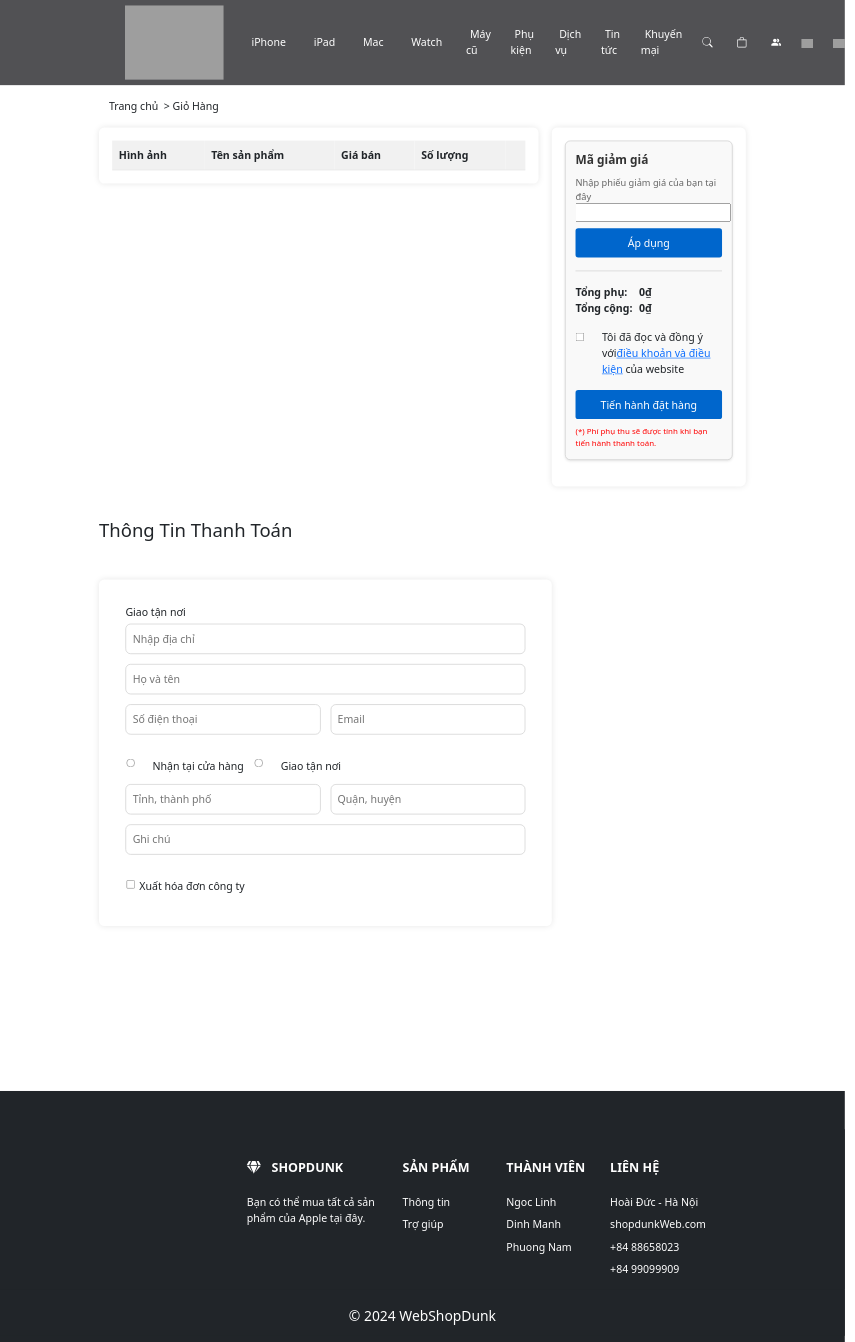
Repository: 20092004nam2k4/FE-ShopDunk
Page: /cart
An editor plug-in stored every save of this project. The page is shown before and after a run of saves, followed by the edit.
The browser window is 1280 px wide. The page is 1296 px wide, so the pictures cover 1296 px, including what lies to the right of the window. The pictures show the whole page, at 66% of full size.
Pictures or frames that could not be fetched are drawn as grey boxes. The page's requests for data from a server got no answer. The project was rebuilt for these pictures with package versions that can differ from the ones it lists, and the page was loaded fresh each time. No one was signed in, and anything a server would have sent is missing. Also part of the build but not shown: src/component/common/SlideImage.css, src/component/common/SlideImage.js, src/component/product/ProductList.css, src/component/product/ProductList.js, src/component/product/ProductDetail.css, src/component/product/ProductDetail.js, src/component/user/LoginUser.js, src/component/user/UserProfile.js and 3 more.

Above is the page before, as saved 2024-06-10 14:00:49.

### src/component/cart/CartPage.js
import React, { useState, useEffect } from "react";
import axios from "axios";
import "./CartPage.css";

const CartPage = () => {
  const [cartItems, setCartItems] = useState([]);

  const fetchCartItems = () => {
    axios
      .get("http://localhost:8090/api/products/cart")
      .then((response) => {
        setCartItems(response.data);
      })
      .catch((error) => {
        console.error("Error fetching cart items:", error);
      });
  };

  useEffect(() => {
    fetchCartItems();
  }, []);

  const removeFromCart = (id) => {
    axios
      .delete(`http://localhost:8090/api/products/removeFromCart/${id}`)
      .then(() => {
        fetchCartItems(); // Refresh the cart items after removing
      })
      .catch((error) => {
        console.error("Error removing product from cart:", error);
      });
  };

  const updateQuantity = (id, newQuantity) => {
    axios
      .put(`http://localhost:8090/api/products/updateCart/${id}`, {
        quantity: newQuantity,
      })
      .then(() => {
        fetchCartItems(); // Refresh the cart items after updating
      })
      .catch((error) => {
        console.error("Error updating product quantity:", error);
      });
  };

  const calculateSubtotal = () => {
    return cartItems.reduce((sum, item) => sum + item.product.price * item.quantity, 0);
  };

  const calculateTotal = () => {
    return calculateSubtotal();
  };

  return (<>


    <div className="cart-page">
      <div>
        <p className="tittle-header">Trang chủ &nbsp;&gt; Giỏ Hàng</p>
      </div>
      <div className="tong">
        <div className="left">
          <div className="cart-detail">
            <table className="cart">
              <thead>
                <tr>
                  <th>Hình ảnh</th>
                  <th>Tên sản phẩm</th>
                  <th>Giá bán</th>
                  <th>Số lượng</th>
                  <th></th>
                </tr>
              </thead>
              <tbody>
                {cartItems.map((item) => (
                  <tr key={item.id}>
                    <td>
                      <a href={`/product/${item.product.id}`}>
                        <img
                          alt={`Ảnh của ${item.product.name}`}
                          src={`http://localhost:8090/image/${item.product.image}`}
                          title={`Hiển thị chi tiết cho ${item.product.name}`}
                        />
                      </a>
                    </td>
                    <td className="product">
                      <a href={`/product/${item.product.id}`} className="product-name">
                        {item.product.name}
                      </a>
                      <div className="edit-item"></div>
                    </td>
                    <td className="unit-price">
                      <span className="product-unit-price">
                        {parseInt(item.product.price).toLocaleString()}₫
                      </span>
                    </td>
                    <td className="quantity">
                      <div className="cart-quantity-input-container">
                        <svg
                          id={`cart-quantity-input-subtract${item.id}`}
                          width="11"
                          height="11"
                          viewBox="0 0 11 11"
                          fill="none"
                          xmlns="http://www.w3.org/2000/svg"
                          onClick={() => updateQuantity(item.id, item.quantity - 1)}
                        >
                          <g clipPath="url(#clip0_10158_65576)">
                            <path
                              d="M-0.00390625 5.90234H11.0039C11.1133 5.90234 11.207 5.86328 11.2852 5.78516C11.3633 5.70182 11.4023 5.60547 11.4023 5.49609C11.4023 5.38672 11.3633 5.29297 11.2852 5.21484C11.207 5.13672 11.1133 5.09766 11.0039 5.09766H-0.00390625C-0.0768229 5.09766 -0.144531 5.11589 -0.207031 5.15234C-0.264323 5.1888 -0.311198 5.23828 -0.347656 5.30078C-0.384115 5.35807 -0.402344 5.42318 -0.402344 5.49609C-0.402344 5.57422 -0.384115 5.64453 -0.347656 5.70703C-0.311198 5.76432 -0.264323 5.8112 -0.207031 5.84766C-0.144531 5.88411 -0.0768229 5.90234 -0.00390625 5.90234Z"
                              fill="#0066CC"
                            ></path>
                          </g>
                          <defs>
                            <clipPath id="clip0_10158_65576">
                              <rect width="11" height="11" fill="white"></rect>
                            </clipPath>
                          </defs>
                        </svg>
                        <input
                          className="input-text"
                          id={`quantity${item.id}`}
                          value={item.quantity}
                          size="4"
                          readOnly
                        />
                        <svg
                          id={`cart-quantity-input-add${item.id}`}
                          width="12"
                          height="13"
                          viewBox="0 0 12 13"
                          fill="none"
                          xmlns="http://www.w3.org/2000/svg"
                          onClick={() => updateQuantity(item.id, item.setCartItems.quantity + 1)}
                        >
                          <g clipPath="url(#clip0_10158_65579)">
                            <path
                              d="M-0.304688 6.5C-0.304688 6.61458 -0.265625 6.71094 -0.1875 6.78906C-0.104167 6.86719 -0.0104167 6.90625 0.09375 6.90625H5.19531V12.0078C5.19531 12.1172 5.23438 12.2109 5.3125 12.2891C5.39583 12.3672 5.49219 12.4062 5.60156 12.4062C5.71094 12.4062 5.80729 12.3672 5.89062 12.2891C5.96875 12.2109 6.00781 12.1172 6.00781 12.0078V6.90625H11.1094C11.2239 6.90625 11.3177 6.86719 11.3906 6.78906C11.4739 6.71094 11.5156 6.61458 11.5156 6.5C11.5156 6.39583 11.4739 6.30208 11.3906 6.21875C11.3177 6.13542 11.2239 6.09375 11.1094 6.09375H6.00781V1.00781C6.00781 0.893229 5.96875 0.799479 5.89062 0.726562C5.80729 0.653646 5.71094 0.617188 5.60156 0.617188C5.49219 0.617188 5.39583 0.653646 5.3125 0.726562C5.23438 0.799479 5.19531 0.893229 5.19531 1.00781V6.09375H0.09375C-0.0104167 6.09375 -0.104167 6.13542 -0.1875 6.21875C-0.265625 6.30208 -0.304688 6.39583 -0.304688 6.5Z"
                              fill="#0066CC"
                            ></path>
                          </g>
                          <defs>
                            <clipPath id="clip0_10158_65579">
                              <rect
                                width="11.8125"
                                height="12.8125"
                                fill="white"
                                transform="translate(0.09375 0.09375)"
                              ></rect>
                            </clipPath>
                          </defs>
                        </svg>
                      </div>
                    </td>

                    <td className="remove-from-cart">
                      <button
                        onClick={() => removeFromCart(item.id)}
                        className="remove-button"
                      >
                        <i className="fas fa-trash-alt"></i>
                      </button>
                    </td>
                  </tr>
                ))}
              </tbody>
            </table>
          </div>

        </div>

        <div className="right">
        <div className="deals">
            <div className="coupon-box">
              <div className="title">
                <strong>Mã giảm giá</strong>
              </div>
              <div className="hint">Nhập phiếu giảm giá của bạn tại đây</div>
              <input></input>
              <div className="coupon-code">
                <button
                  type="submit"
                  name="applydiscountcouponcode"
                  id="applydiscountcouponcode"
                  className="button-2 apply-discount-coupon-code-button"
                >
                  Áp dụng
                </button>
              </div>
              <div className="totals">
                <div className="total-info">
                  <table className="cart-total">
                    <tbody>
                      <tr className="order-subtotal">
                        <td className="cart-total-left">
                          <label>Tổng phụ:</label>
                        </td>
                        <td className="cart-total-right">
                          <span className="value-summary">
                            {calculateSubtotal().toLocaleString()}₫
                          </span>
                        </td>
                      </tr>
                      <tr className="order-total">
                        <td className="cart-total-left">
                          <label>Tổng cộng:</label>
                        </td>
                        <td className="cart-total-right">
                          <span className="value-summary">
                            {calculateTotal().toLocaleString()}₫
                          </span>
                        </td>
                      </tr>
                    </tbody>
                  </table>
                </div>
                <div id="terms-of-service-warning-box"></div>
                <div className="terms-of-service">
                  <div className="d-flex">
                    <div>
                      <td className="remove-from-cart">
                        <input
                          type="checkbox"
                          name="removefromcart"
                          id="removefromcart274337"
                          value="274337"
                          aria-label="Tẩy"
                        />
                        <button
                          type="button"
                          name="updatecart"
                          className="remove-btn once-submit-button"
                          onClick={() => {
                            document.getElementById(
                              "removefromcart274337"
                            ).checked = true;
                            document.getElementById("updatecart").click();
                          }}
                        ></button>
                      </td>
                    </div>
                    <br></br>
                    <label htmlFor="termsofservice">
                      <span className="rule-web">Tôi đã đọc và đồng ý với</span>
                      <a
                        href="/chinh-sach-doi-tra"
                        className="read"
                        target="_blank"
                      >
                        điều khoản và điều kiện
                      </a>{" "}
                      <span className="rule-web">của website</span>
                    </label>
                  </div>
                </div>
                <div className="checkout-buttons">
                  <button
                    type="submit"
                    id="checkout"
                    name="checkout"
                    value="checkout"
                    className="button-1 checkout-button"
                  >
                    Tiến hành đặt hàng
                  </button>
                </div>
                <div className="note-ck">
                  (*) Phí phụ thu sẽ được tính khi bạn tiến hành thanh toán.
                </div>
                <div className="addon-buttons"></div>
              </div>
            </div>
          </div>
        </div>
      </div>
        </div>

        <div className="thanhtoan">
        <h3>Thông Tin Thanh Toán</h3>
        </div>
      <div className="tong-bot">
        <div class="left">
          <div class="enter-address bg-white">
          <h6>Giao tận nơi</h6>
            <input placeholder="Nhập địa chỉ"></input>
            <input placeholder="Họ và tên"></input>
            <div class="half-inputs">
              <input placeholder="Số điện thoại"></input>
              <input placeholder="Email"></input>
            </div>
            <div class="edit-address">
              <div class="delivery-method">
                <input type="radio" id="receive-store" name="receive-method" value="store"></input>Nhận tại cửa hàng
                <input type="radio" id="receive-delivery" name="receive-method" value="delivery"></input><p>Giao tận nơi</p>
              </div>
              <div class="half-inputs">
                <input placeholder="Tỉnh, thành phố"></input>
                <input placeholder="Quận, huyện"></input>
              </div>
              <div>
                <input placeholder="Ghi chú"></input>
              </div>
              <div class="edit-address">
                <input type="checkbox" id="company-invoice" name="company-invoice" value="company-invoice"></input>Xuất hóa đơn công ty
              </div>
            </div>
          </div>
        </div>
      </div>



    <footer className="text-center text-lg-start bg-dark text-white footerMain">
        <section className="bg-dark" style={{ height: "243px" }}>
          <div className="container text-center text-md-start mt-5 textFooter">
            <div className="row mt-3">
              <div
                className="col-md-3 col-lg-4 col-xl-3 text-left mb-4"
                style={{ marginLeft: "104px" }}
              >
                <h6
                  className="text-uppercase fw-bold mb-4"
                  style={{ fontSize: "19px" }}
                >
                  <i className="fas fa-gem me-3" />
                  Shopdunk
                </h6>
                <p style={{ fontSize: "16px" }}>
                  Bạn có thể mua tất cả sản phẩm của Apple tại đây.
                </p>
              </div>
              <div className="col-md-2 col-lg-2 col-xl-2 text-left mb-4">
                <h6
                  className="text-uppercase fw-bold mb-4"
                  style={{ fontSize: "19px" }}
                >
                  Sản phẩm
                </h6>
                <p style={{ fontSize: "16px" }}>Thông tin</p>
                <p style={{ fontSize: "16px" }}>Trợ giúp</p>
              </div>
              <div className="col-md-3 col-lg-2 col-xl-2 text-left mb-4">
                <h6
                  className="text-uppercase fw-bold mb-4"
                  style={{ fontSize: "19px" }}
                >
                  Thành viên
                </h6>
                <p style={{ fontSize: "16px" }}>Ngoc Linh</p>
                <p style={{ fontSize: "16px" }}>Dinh Manh</p>
                <p style={{ fontSize: "16px" }}>Phuong Nam</p>
              </div>
              <div className="col-md-4 col-lg-3 col-xl-3 text-left mb-md-0 mb-4">
                <h6
                  className="text-uppercase fw-bold mb-4"
                  style={{ fontSize: "19px" }}
                >
                  Liên hệ
                </h6>
                <p style={{ fontSize: "16px" }}>Hoài Đức - Hà Nội</p>
                <p style={{ fontSize: "16px" }}>shopdunkWeb.com</p>
                <p style={{ fontSize: "16px" }}>+84 88658023</p>
                <p style={{ fontSize: "16px" }}>+84 99099909</p>
              </div>
            </div>
          </div>
        </section>
        <div
          className="text-center p-4 bg-dark"
          style={{
            backgroundColor: "#40474b",
            height: "70px",
            fontSize: "21px",
            textAlign: "center",
          }}
        >
          © 2024 WebShopDunk
        </div>
      </footer>
    </>
  );
};

export default CartPage;

### src/component/common/Navbar.css
.navbar {
  background-color: #515154;
  padding: 10px;

}

.navbar-links {
  list-style: none;
  display: flex;
  justify-content: center;
  margin: 0;
  padding: 0;
  padding-left: 168px;
  align-items: center;
}

.navbar-links li {
  margin: 0 15px;
}

.navbar-links a {
  color: white;
  text-decoration: none;
  padding: 10px 6px 25px;
  transition: background-color 0.3s;

}

/* .navbar-links a:hover {
  background-color: #575757;
} */
.imageIcon{
  width: 150px;
}
.icon-bag{
  color: white;
  height: 38px;

}
.icon-people{
  color: white;
  height: 38px;

}
.icon-search{
color: white;
height: 38px;
}
.imageIconVN{
  height: 14px;

}
.navbar-links li a {
color: #fff;
text-decoration: none;
transition: color 0.3s ease; }

.navbar-links li a:hover {
color: #fff;
}

### src/component/product/ProductCart.css
.product-list {
  display: flex;
  flex-wrap: wrap;
  justify-content: center;
}
.product-card img {
  max-width: 100%;
  height: auto;
}
.tittleIphone {
  text-align: center;
  margin-top: 38px;
  margin-bottom: 20px;
}
.a-category {
  text-align: center;
  margin-top: 20px;
}
.custom-blue {
  color: #0066cc !important;
  border-color: #0066cc !important;
}
.custom-blue:hover {
  color: #fff !important;
  background-color: #0066cc !important;
}
.button-text {
  font-size: 17px;
}
.product-card {
  width: 300px;
  height: 430px;
  display: flex;
  flex-direction: column;
  align-items: center;
  justify-content: space-between;
  border: 1px solid #ddd;
  padding: 10px;
  margin: 10px;
  box-shadow: 0 4px 8px rgba(0, 0, 0, 0.1); /* Thêm đổ bóng để đẹp hơn */
  border-radius: 5px;
  color: white;
}
.product-name {
  font-weight: bold;
}
.product-price-wrapper {
  display: flex;
  align-items: center;
  gap: 10px;
}
.product-discounted-price {
  font-weight: 700;
  font-size: 16px;
  line-height: 24px;
  color: #0066cc;
}
.product-original-price-wrapper {
  display: flex;
  align-items: center;
}
.product-price {
  color: #6c757d; /* Màu đen nhạt */
  text-decoration: line-through;
  font-size: 16px;
  margin-right: 5px; /* Khoảng cách giữa giá cũ và tag giảm giá */
}
.discount-tag {
  color: #6c757d; /* Màu đen nhạt */
  font-size: 16px;
}
.img-info {
  width: 1200px;
  height: 401px;
}
.info-banner {
  text-align: center;
  margin-top: 80px;
}
.bg-dark {
  background-color: #575757 !important;
}
.text-white {
  color: #fff !important;
}
.border-bottom {
  border-color: rgba(255, 255, 255, 0.1) !important;
}
.footer-links a {
  color: #fff !important;
}
.footer-links a:hover {
  color: #ddd !important;
}
.footerMain {
  margin-top: 90px;
}
.product-card-link {
  text-decoration: none;
  color: inherit; /* Optional: Inherit color to prevent default link color */
}
.textFooter{
  padding-top: 30px;
}

.carousel {
  margin-top: 20px;
  margin-bottom: 20px; /* Để tạo khoảng cách giữa carousel và danh sách sản phẩm */
  padding: 0 210px; /* Thu nhỏ carousel vào 100px mỗi bên */
}

.carousel-inner {
  width: 100%; /* Đảm bảo width của carousel vẫn 100% */
  margin: auto; /* Căn giữa carousel */
}
.carousel-control {
  padding: 0 230px; /* Đặt khoảng cách 20px giữa các nút chuyển ảnh */
}
.category-products-container {
  background-color: #f5f5f7; /* Màu nền của trang */
}
.tittle-headerCategory{
  background-color: white;
  margin-left: 210px;
  padding-top: 15px;
  color: #6c757d;
  padding-bottom: -10px;
}

### src/component/user/Login.css
body {
    font-family: sans-serif;
    /* display: flex; */
    justify-content: center;
    align-items: center;
    min-height: 100vh;
    background-color: #f5f5f5;
  }
  .userName-login{
    margin-top: 25px;
  }



  .left-side {
    width: 50%;
    display: flex;
    justify-content: center;
    align-items: center;
    margin-top: 90px;
  }

  .right-side {
    width: 50%;
    padding: 20px;
    margin-top: 90px;
  }

  .left-side img {
    width: 100%;
    max-width: 600px;
    height: 350px;
  }

  h2 {
    margin-bottom: 20px;
  }

  input[type="text"],
  input[type="password"] {
    width: 100%;
    padding: 10px;
    margin-bottom: 15px;
    border: 1px solid #ddd;
    border-radius: 10px;
    box-sizing: border-box;
  }

  input[type="checkbox"] {
    margin-right: 5px;
  }

  button {
    background-color: #007bff;
    color: #fff;
    padding: 10px 20px;
    border: none;
    border-radius: 3px;
    cursor: pointer;
    width: 100%;
  }

  .link {
    display: block;
    text-align: center;
    margin-top: 15px;
    color: #007bff;
    text-decoration: none;
  }

  .footerMain{
margin-top: 200px;
  }
  .textFooter{
    padding-left: 200px !important;
  }
  .textToRegister{
    margin-top: 15px;
  }

Loaded but not shown: public/index.html (common file); src/index.js (common file); src/component/common/Navbar.js (132 lines, source omitted); src/App.js (47 lines, source omitted); src/context/AuthContext.js (34 lines, source omitted); src/component/cart/CartPage.css (368 lines, source omitted); src/component/user/UserProfile.css (214 lines, source omitted)

After the next 2 saves:
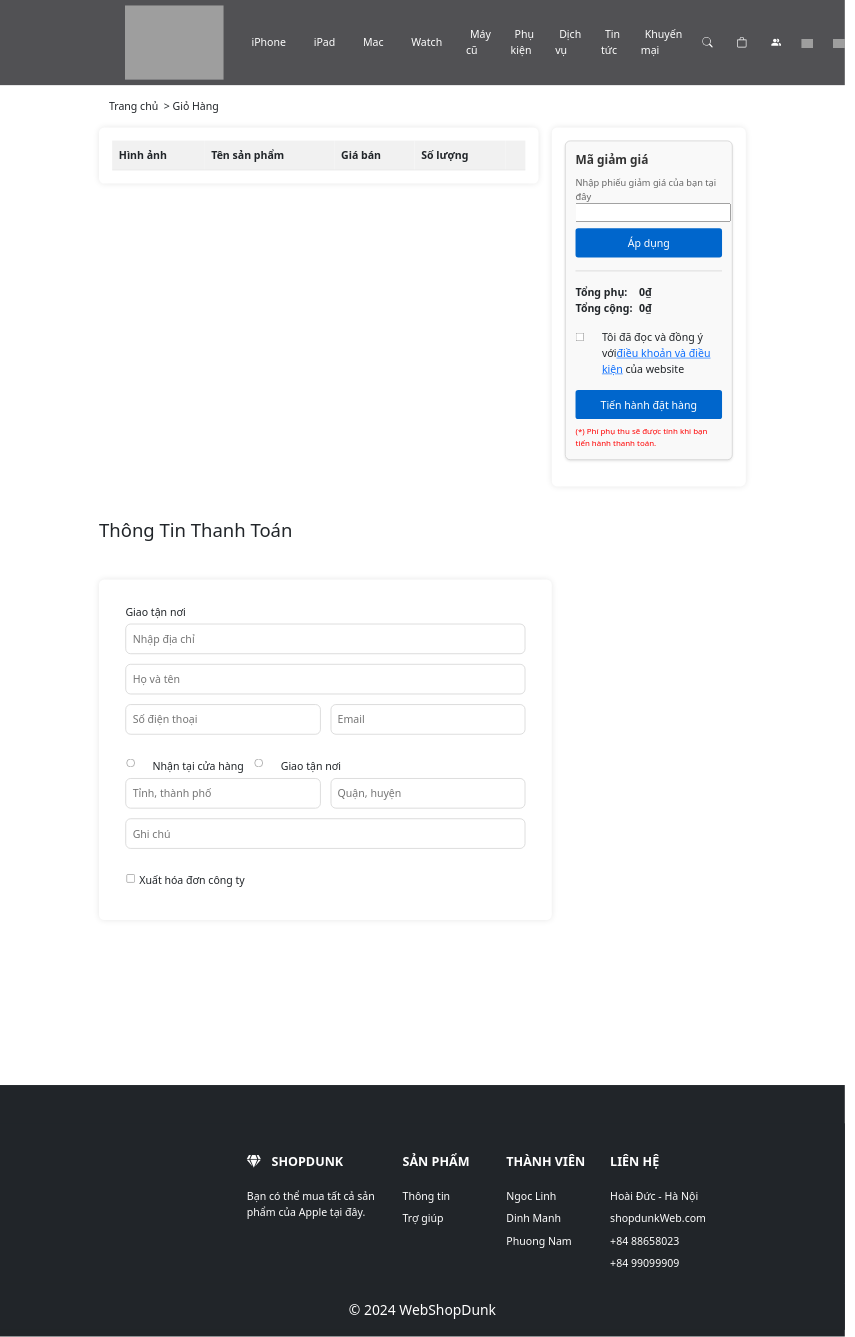
The 2 saves are shown as one change because they came seconds apart.
The last was saved 11 s later.
--- a/src/component/cart/CartPage.js
+++ b/src/component/cart/CartPage.js
@@ -292,7 +292,7 @@
             <div class="edit-address">
               <div class="delivery-method">
                 <input type="radio" id="receive-store" name="receive-method" value="store"></input>Nhận tại cửa hàng
-                <input type="radio" id="receive-delivery" name="receive-method" value="delivery"></input><p>Giao tận nơi</p>
+                <input type="radio" id="receive-delivery" name="receive-method" value="delivery"></input>Giao tận nơi
               </div>
               <div class="half-inputs">
                 <input placeholder="Tỉnh, thành phố"></input>
